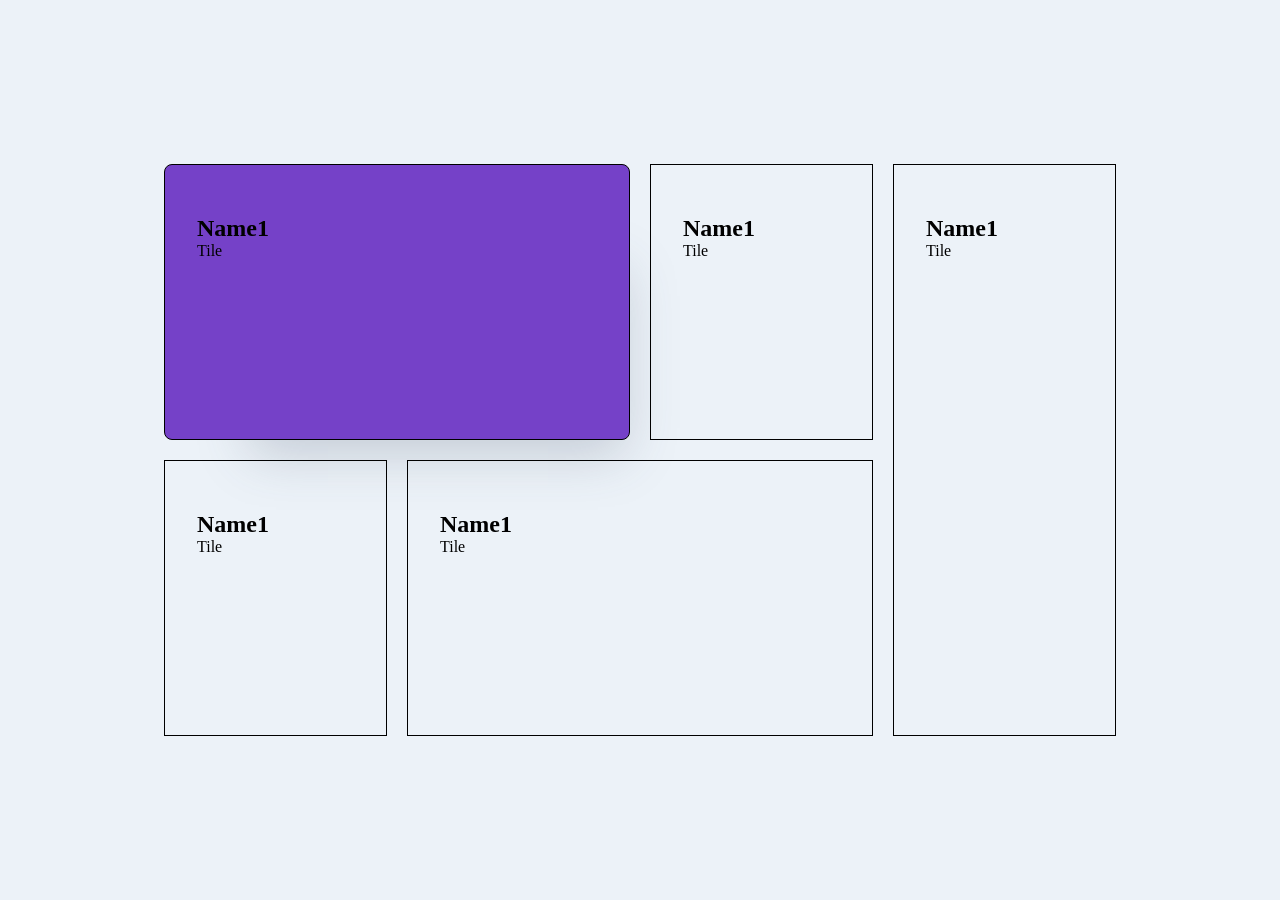
Repository: brandontaylor1/testimonial-card
Page: index.html
An editor plug-in stored every save of this project. The page is shown before and after the next save, followed by the edit.
The browser window is 1280 px wide. The pictures show the whole page.

Above is the page before, as saved 2025-01-10 23:23:43.

### index.html
<!DOCTYPE html>
<html lang="en">
<head>
    <meta charset="UTF-8">
    <meta name="viewport" content="width=device-width, initial-scale=1.0">
    <link rel="preconnect" href="https://fonts.googleapis.com">
    <link rel="preconnect" href="https://fonts.gstatic.com" crossorigin>
    <link href="https://fonts.googleapis.com/css2?family=Barlow+Semi+Condensed:ital,wght@0,100;0,200;0,300;0,400;0,500;0,600;0,700;0,800;0,900;1,100;1,200;1,300;1,400;1,500;1,600;1,700;1,800;1,900&display=swap" rel="stylesheet">
    <link rel="stylesheet" href="styles.css">
    <title>Testimonial Grid </title>
</head>
<body>
    <section class="container">
        <main class="testimonial-grid">
            <div class="card" id="card-1">
                <div class="profile-content">
                    <img src="" alt="" class="profile-img">
                    <div class="profile-text">
                        <h2>Name1</h2>
                        <p>Tile</p>
                    </div>
                </div>
                <h1 class="card-heading"></h1>
                <h2 class="card-subheading"></h2>
            </div>
            <div class="card" id="card-2">
                <div class="profile-content">
                    <img src="" alt="" class="profile-img">
                    <div class="profile-text">
                        <h2>Name1</h2>
                        <p>Tile</p>
                    </div>
                </div>
                <h1 class="card-heading"></h1>
                <h2 class="card-subheading"></h2>
            </div>
            <div class="card" id="card-3">
                <div class="profile-content">
                    <img src="" alt="" class="profile-img">
                    <div class="profile-text">
                        <h2>Name1</h2>
                        <p>Tile</p>
                    </div>
                </div>
                <h1 class="card-heading"></h1>
                <h2 class="card-subheading"></h2>
            </div>
            <div class="card" id="card-4">
                <div class="profile-content">
                    <img src="" alt="" class="profile-img">
                    <div class="profile-text">
                        <h2>Name1</h2>
                        <p>Tile</p>
                    </div>
                </div>
                <h1 class="card-heading"></h1>
                <h2 class="card-subheading"></h2>
            </div>
            <div class="card" id="card-5">
                <div class="profile-content">
                    <img src="" alt="" class="profile-img">
                    <div class="profile-text">
                        <h2>Name1</h2>
                        <p>Tile</p>
                    </div>
                </div>
                <h1 class="card-heading"></h1>
                <h2 class="card-subheading"></h2>
            </div>



        </main>
    </section>
</body>
</html>

### styles.css
* {
    margin: 0;
    padding: 0;
    box-sizing: border-box;
}

:root {

    --primary-moderate-violet: hsl(263, 55%, 52%);
    --primary-very-dark-grayish-blue: hsl(217, 19%, 35%);
    --primary-very-dark-blackish-blue: hsl(219, 29%, 14%);
    --primary-white: hsl(0, 0%, 100%);

    --secondary-neurtal-light-gray: hsl(0, 0%, 81%);
    --seconday-light-grayish-blue: hsl(210, 46%, 95%);
}

body {
    background-color: #ECF2F8;
    padding: 164px
}

.testimonial-grid {
    display: grid;
    grid-template-columns: repeat(4, 1fr);
    grid-template-rows: repeat(2, 1fr);
    gap: 20px;
    height: 572px;
}

.card {
    border: 1px solid black;
    height: 100%;
    padding: 2rem;
}


#card-1 {
    grid-column: 1 / span 2;
    border-radius: 8px;
    background-color: var(--primary-moderate-violet);
    box-shadow: 40px 60px 50px -47px rgba(72, 85, 106, 0.25);
}

#card-2 {
    grid-column: 3 / span 1;
}

#card-3 {
    grid-column: 4 / span 1;
    grid-row: 1 / span 2;
}

#card-4 {
    grid-column: 1 / span 1;
    grid-row: 2 / span 1;
}

#card-5 {
    grid-column: 2 / span 2;
    grid-row: 2 / span 1;

}

After the next save:
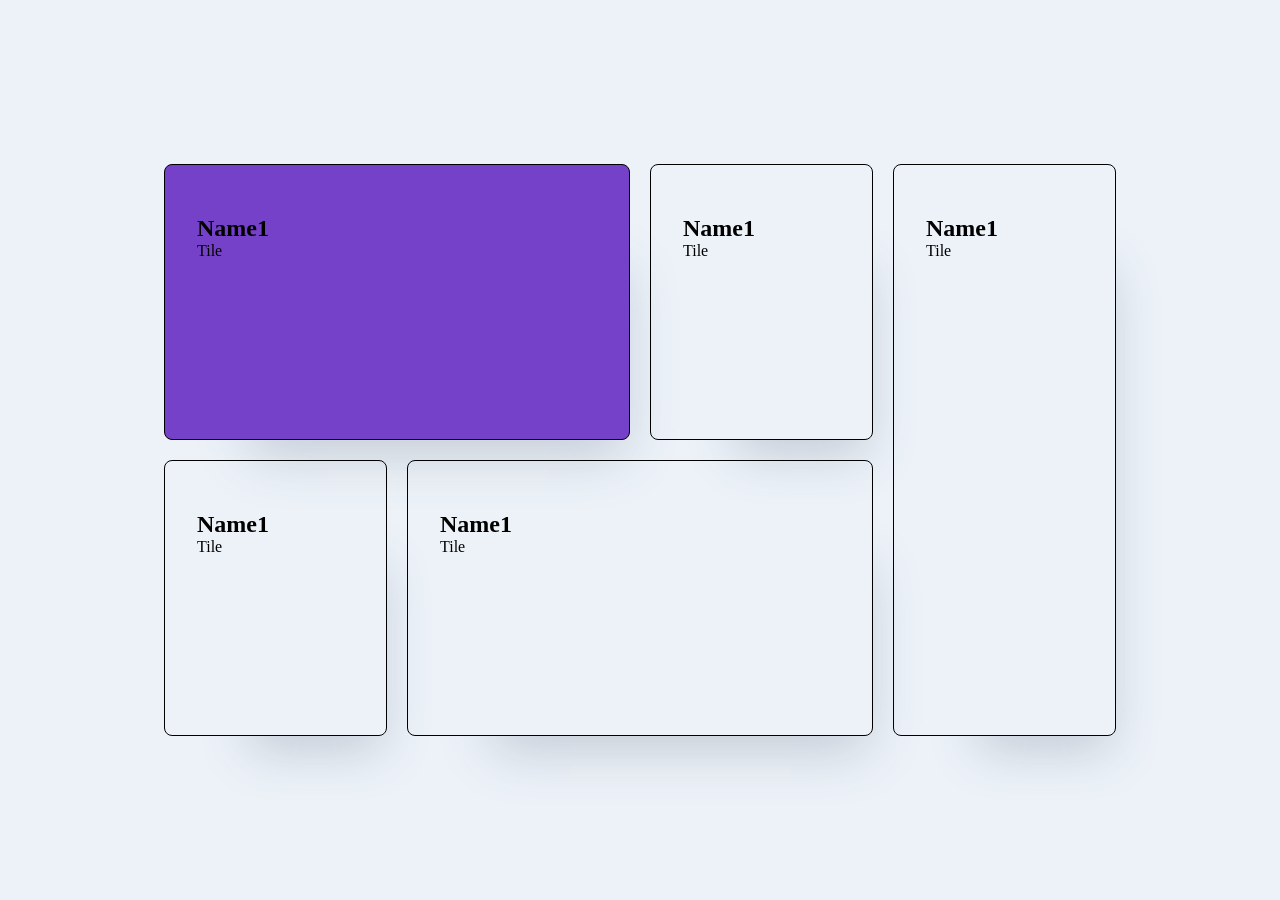
Saved 43 s later.
--- a/styles.css
+++ b/styles.css
@@ -32,6 +32,8 @@ body {
     border: 1px solid black;
     height: 100%;
     padding: 2rem;
+    border-radius: 8px;
+    box-shadow: 40px 60px 50px -47px rgba(72, 85, 106, 0.25);
 }
 
 
@@ -39,7 +41,6 @@ body {
     grid-column: 1 / span 2;
     border-radius: 8px;
     background-color: var(--primary-moderate-violet);
-    box-shadow: 40px 60px 50px -47px rgba(72, 85, 106, 0.25);
 }
 
 #card-2 {
